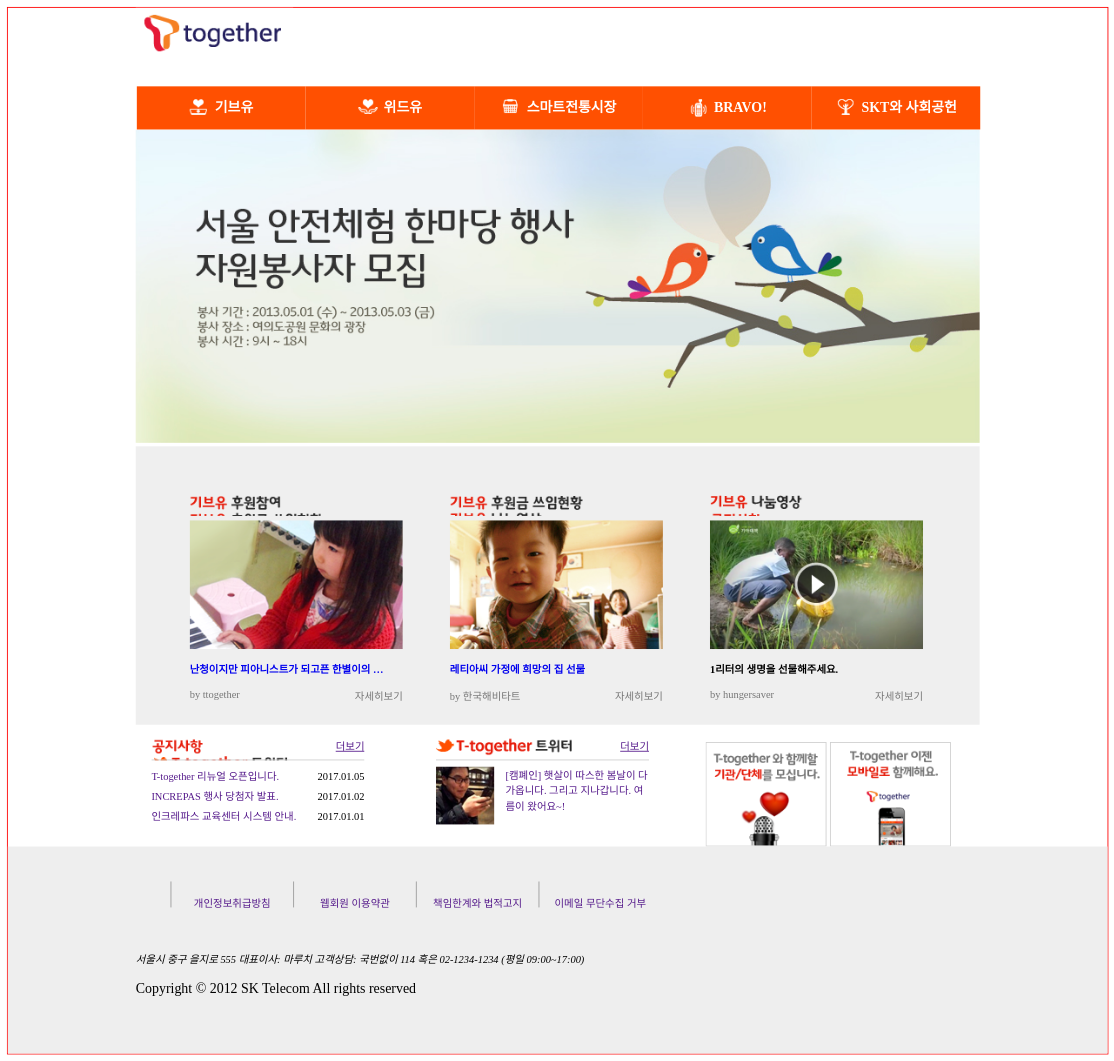
Repository: CHOKIHO/html
Page: work/html_test/WebContent/html/main.html
These files come from the project's save history. The page is drawn as it stood at one moment and after the next save; the edit follows.
The browser window is 1280 px wide. The pictures show the whole page, at 87% of full size.

Above is the page before, as saved 2017-01-05 06:12:19.

### work/html_test/WebContent/html/main.html
<!DOCTYPE html>
<html>
<head>
<meta charset="UTF-8">
<title>Insert title here</title>

<style type="text/css">

	div#wrap { 	/*div태그중 id가 wrap인경우만 적용*/

				width:100%;
				height:100%;
				border:1px solid red;
				margin:0 auto; }    /* 가운데 정렬 */

	div#header {
				width:970px;
				height:140px;
				position:relative;
				margin:auto;
				/* border:1px solid blue; */
			}

	div#header>h1 {
				width:181px;
				height:59px;
				background-image:url("../img/logo.png");
				background-repeat:no-repeat; /*바둑판 배열 제거*/
				text-indent:-9999px;
				margin:0;
				padding:0;	}

	div#header .gnb {
				display:inline;
				position:absolute;
				bottom:0;
				width:100%;
				height:50px;
				overflow:hidden;				/* 표현 영역을 벗어나면 숨기기  */
				margin:0;
				padding:0;
				border-left: 1px solid #fff;

				/* border:1px solid blue; */
			  }

	div#header .gnb>li {
				float: left;	/* 띄어서 자신은 왼쪽 (다음에 오는 태그를 오른쪽으로 붙이기된다.)*/
				width:194px;
				height:100%;
				background-color:#ff5001;
				list-style: none;
				/* border:1px solid blue; */
				/* text-align: center; */
			}

	div#header .gnb>li>a {
				display: block;
				width:100%;
				text-align: center;
				text-decoration: none;
				height:100%;
				line-height: 50px;
	 }

	 div#header .gnb>li>a:hover {	background:#e24c09;
				color:#ff0     }



	.menu {
				display:inline-block;							/*인라인-블록레벨 지정*/
				height:20px;
				color:#fff;
				font-weight: bold;
				font-size: 16px;
				background-image: url("../img/gnb_bult.png");  /*  통이미지 로딩하고 잘라서 사용  */
				background-repeat:no-repeat;
				margin-top:15px;
				padding-left: 30px;
				line-height: 20px;

			}
	.m1 {	background-position: 0 0; 	  }		/*  통이미지 자르기 */
	.m2 {	background-position: 0 -22px; }
	.m3 {	background-position: 0 -44px; }
	.m4 {	background-position: 0 -66px; }
	.m5 {	background-position: 0 -88px; }


	#contents {
		width:970px;
		/* height:820px; */
		margin:auto;
	}



	.main_news {

			width:auto;
			height: 240px;
			padding: 40px 35px;
			background-color: #efefef;
		}

	.news_type01 {
			width:245px;
			overflow:hidden;
			float:left;
			margin: 0 27px;
		}

	.title {
			height; 20px;
			margin-bottom: 5px;

/* 			background-image: url(../img/main_title.png);
			background-repeat: no-repeat;
 */
			background: url(../img/main_title.png) no-repeat;
			text-indent: -9999px;
		}

/*
 	.f1 p.title {   background-position: 0 0; }
	.f2 p.title {   background-position: 0 -20px; }
	.f3 p.title {   background-position: 0 -40px; }
 */

/* 	news_type01 이라는 클래스를 가진 요소들 중 첫번째 요소안에 title이라는
	클래스를 가진 태그만 적용 (위와 동일 표현)
	index는 0이 아니라 1부터 적용
*/

 	.news_type01:nth-child(1) .title { background-position: 0 0; }
	.news_type01:nth-child(2) .title { background-position: 0 -20px; }
	.news_type01:nth-child(3) .title { background-position: 0 -40px; }


	.subject {
			 height: 35px;
			 line-height: 35px;
			 font-weight: bold;
		}

	.subject:hover {
			color:#ff5001;

		}

	.writer, .view {
			font-size: 12px;
			color:#777;
			display:inline-block;
	}

	.writer {
			/* border:1px solid red; */
			float:left;
	}

	.view {
		text-align: right;
		/* border:1px solid red; */
		float:right;
		/* float:right; */
	}

	.ellip {
		display: inline-block;	/* 인라인레벨도 아니고 블록도 아니어서 크기지정가능, float개념 다른요소 같이 나열 */
		width: 95%;
		white-space: nowrap;
		overflow: hidden;
		text-overflow: ellipsis;
		font-size: 12px;
	}

	.fclear {
		display: block;
		float: none;
		clear: both;
	}


	.news_type01 .thum_img {
		display:inline-block;
		width:245px;
		height:150px;
		overflow:hidden;
 		position:relative;
	}

	.btn_play {		/*	속성들간 순서도 중요하네  display와 width,height가 순서가 바뀌면 결과가 이상해진다.*/
	    width: 52px;
	    height: 51px;
	    display: inline-block;
		background: url(../img/icon_play.png) no-repeat;
 		position:absolute;
		top:48px;
		left:96px;
	}

	.main_board {
		width:auto;
		padding:50px,35px;
		clear:both;
	}

	.main_board .board_type01 {
		position:relative;
		width:245px;
		overflow:hidden;
		float:left;

	}

	.main_board .b1 {
		margin-left:18px;
	}

	.main_board .b2 {
		margin-left:82px;
	}

	.main_board .b3 {
		width:285px;
		margin-top:20px;
		margin-left:65px;
	}

	.main_board .board_type01 .title {
		border-bottom:1px solid #cfcfcf;
		margin-bottom:7px;
	}

/* 	.main_board .board_type01 .title */

	.board_type01:nth-child(1) .title { background-position:0 -60px;}
	.board_type01:nth-child(2) .title { background-position:0 -80px;}

	.main_board .board_type01 .view {
		position:absolute;
		right:0;
		top:15px;
	}

	.main_board .board_type01 .notice {
		list-style:none;
		margin:0;
		padding:0;
		font-size:12px;
	}

	.main_board .board_type01 .notice li {
		position:relative;
		height:23px;
		line-height:23px;
	}

	.main_board .board_type01 .notice li>a {
			display:inline-block;
			width:180px;
			text-decoration:none;
	}

	/* 날짜정보는 글꼴의 크기가 12px로 지정되어야하며, 우측정렬되어야함 */

	.main_board .board_type01 .notice li .date {
		position:absolute;
		right:0;	/* 우측으로부터 0만큼 (우측 정렬) */
		font-size:12px;
	}

	.main_board .board_type01 .article {
		display:block;
		overflow:hidden;
	}

	.main_board .board_type01 .article .thum_img {
		float:left;
		display:inline-block;
		width:67px;
		height:67px;
	}



	.main_board .board_type01 .article .src {
		float:right;
		display:inline-block;
		width:165px;
		font-size:12px;
		margin-left:10px;
	}

	.main_board .board_type01 .banner {
		display:inline-block;
		width:137px;
		height:118px;
		border:1px solid #cfcfcf;
		background: url(../img/main_banner.png) no-repeat;
		text-indent:-9999px;
	}

	.main_board .board_type01 .b01 {
		background-position:0 0;
	}

	.main_board .board_type01 .b02 {
		background-position:-137px 0;
	}



	div#footer {

		clear:both;
		width:auto;
		padding:40px 0 50px;
		background:#eee;
	}

	div#footer .footer_area {
		width:970px;
		margin:auto;

	}

	div#footer .footer_area .foot_guide {
		overflow:hidden;
		padding-bottom:20px;
		margin:0;
		list-style:none;
/* 		width:100%;
		height:20px;
 */	}

	div#footer .footer_area address {
		margin-top:30px;
		font-size:12px;
		display:block;
	}

	div#footer .footer_area .foot_guide li {
		float: left;	/* 띄어서 자신은 왼쪽 (다음에 오는 태그를 오른쪽으로 붙이기된다.)*/
		padding:0 10px;
		border-left: 1px solid #999;

		width:120px;
		font-size:12px;
		height:30px;


	}

	div#footer .footer_area .foot_guide li a {

		display:block;
		width:100%;
		text-align: center;
		text-decoration: none;
		height:100%;
		line-height: 50px;


	}








</style>

</head>
<body>

	<div id="wrap">
		<!-- 상단영역 -->

		<div id="header">
			<h1>SK Together</h1>
			<ul class="gnb">
			 						<!-- 2중클래스 사용하기 -->
				<li><a href="#"><span class="menu m1">기브유</a></span></li>
				<li><a href="#"><span class="menu m2">위드유</span></a></li>
				<li><a href="#"><span class="menu m3">스마트전통시장</span></a></li>
				<li><a href="#"><span class="menu m4">BRAVO!</span></a></li>
				<li><a href="#"><span class="menu m5">SKT와 사회공헌</span></a></li>
			</ul>

		</div>
		<!-- 상단영역 끝 -->

		<!-- 콘텐츠 영역 -->
		<div id="contents">
			<div class="">
				<a href="">
					<span class="">
						<img alt="" src="../img/@img00.png">
					</span>
				</a>
			</div>


		<!-- 기사 3단 -->

			<div class="main_news">
				<div class="news_type01 f1">
					<p class="title">기브유 후원참여</p>
					<a href="#">
						<span class="thum_img">
							<img alt="기사사진" src="../img/@img01.png">
						</span>

						<span class="ellip subject">
							난청이지만 피아니스트가 되고픈 한별이의 이야기입니다.
						</span>

						<span class="writer">by ttogether</span>
						<span class="view">자세히보기</span>
					</a>
					<div class="fclear"></div>
				</div>

				<div class="news_type01 f2">
					<p class="title">기브유 후원금 현황</p>
					<a href="#">
						<span class="thum_img">
							<img alt="기사사진" src="../img/@img02.png">
						</span>
						<span class="ellip subject">
							레티아씨 가정에 희망의 집 선물
						</span>
						<span class="writer">by 한국해비타트</span>
						<span class="view">자세히보기</span>
					</a>
					<div class="fclear"></div>
				</div>

				<div class="news_type01 f3">
					<p class="title">기브유 나눔영상</p>
					<a href="#">
						<span class="thum_img"><!--배경이미지와 재생버튼 겹치기위해-->
							<img class="bg1" alt="기사사진" src="../img/@img03.png">
							<span class="btn_play" title="동영상재생"><a href="#"></a>
							</span>
						</span>
						<span class="ellip subject">
							1리터의 생명을 선물해주세요.
						</span>
						<span class="writer">by hungersaver</span>
						<span class="view">자세히보기</span>
					</a>
					<div class="fclear"></div>
				</div>


			</div>


			<div class="main_board">

				<!--공지사항 -->

				<div class="board_type01 b1">
					<p class="title">공지사항</p>
					<span class="view"><a href="">더보기</a></span>

					<ul class="notice">
						<li><a href="">T-together 리뉴얼 오픈입니다.</a><span class="date">2017.01.05</span></li>
						<li><a href="">INCREPAS 행사 당첨자 발표.</a><span class="date">2017.01.02</span></li>
						<li><a href="">인크레파스 교육센터 시스템 안내.</a><span class="date">2017.01.01</span></li>
					</ul>

				</div>

				<!--공지사항 끝 -->

				<!--트위터 -->
				<div class="board_type01 b2">
					<p class="title">T-together트위터</p>
					<span class="view"><a href="">더보기</a></span>
					<a href="" class="article">
						<span class="thum_img"><img src="../img/@img04.png"/></span>
						<span class="src">[캠폐인] 햇살이 따스한 봄날이 다가옵니다. 그리고 지나갑니다. 여름이 왔어요~!</span>
					</a>
				</div>

				<!--트위터 끝 -->

				<!--배너 -->
				<div class="board_type01 b3">
					<span class="banner b01"><a href="">T-together와 함께할 기관/단체를 모십니다.</a></span>
					<span class="banner b02"><a href="">T-together 이젠 모바일로 함께해요</a></span>
				</div>

				<!--배너 끝 -->
			</div>

		</div>
		<!-- 콘텐츠 영역 -->

		<!-- 풋터시작 -->

		<div id ="footer">
			<div class="footer_area">
				<ul class="foot_guide">
					<li><a href="">개인정보취급방침</a></li>
					<li><a href="">웹회원 이용약관</a></li>
					<li><a href="">책임한계와 법적고지</a></li>
					<li><a href="">이메일 무단수집 거부</a></li>
				</ul>
				<address>서울시 중구 을지로 555
				          대표이사: 마루치
				          고객상담: 국번없이 114 혹은 02-1234-1234 (평일 09:00~17:00)
				</address>
				<p class="copyright">Copyright &copy; 2012 SK Telecom All rights reserved</p>
			</div>
		</div>


		<!-- 풋터 끝 -->
	</div>


</body>
</html>

After the next save:
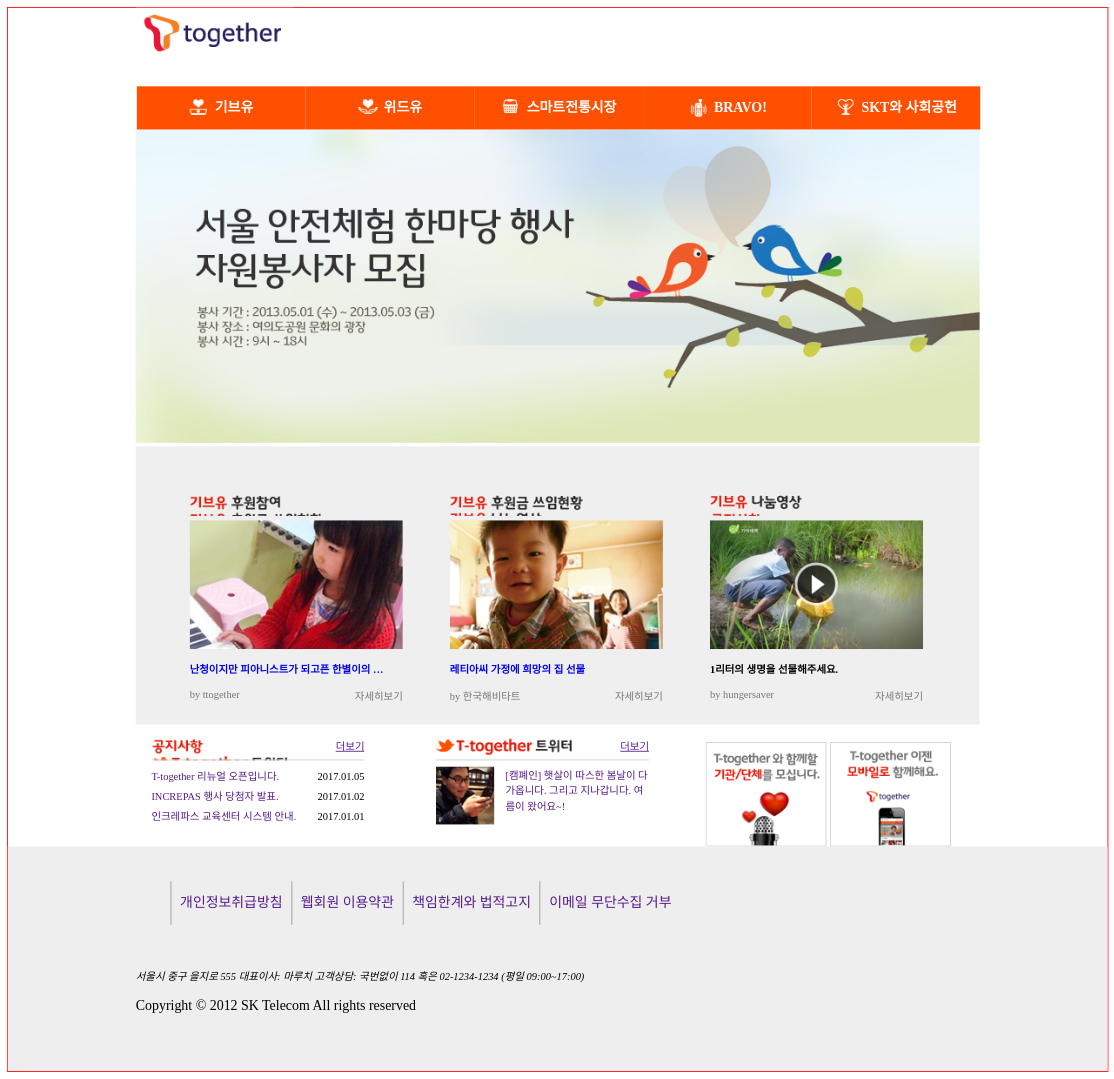
Saved 33 s later.
--- a/work/html_test/WebContent/html/main.html
+++ b/work/html_test/WebContent/html/main.html
@@ -346,12 +346,6 @@
 		float: left;	/* 띄어서 자신은 왼쪽 (다음에 오는 태그를 오른쪽으로 붙이기된다.)*/
 		padding:0 10px;
 		border-left: 1px solid #999;
-
-		width:120px;
-		font-size:12px;
-		height:30px;
-
-
 	}
 
 	div#footer .footer_area .foot_guide li a {
